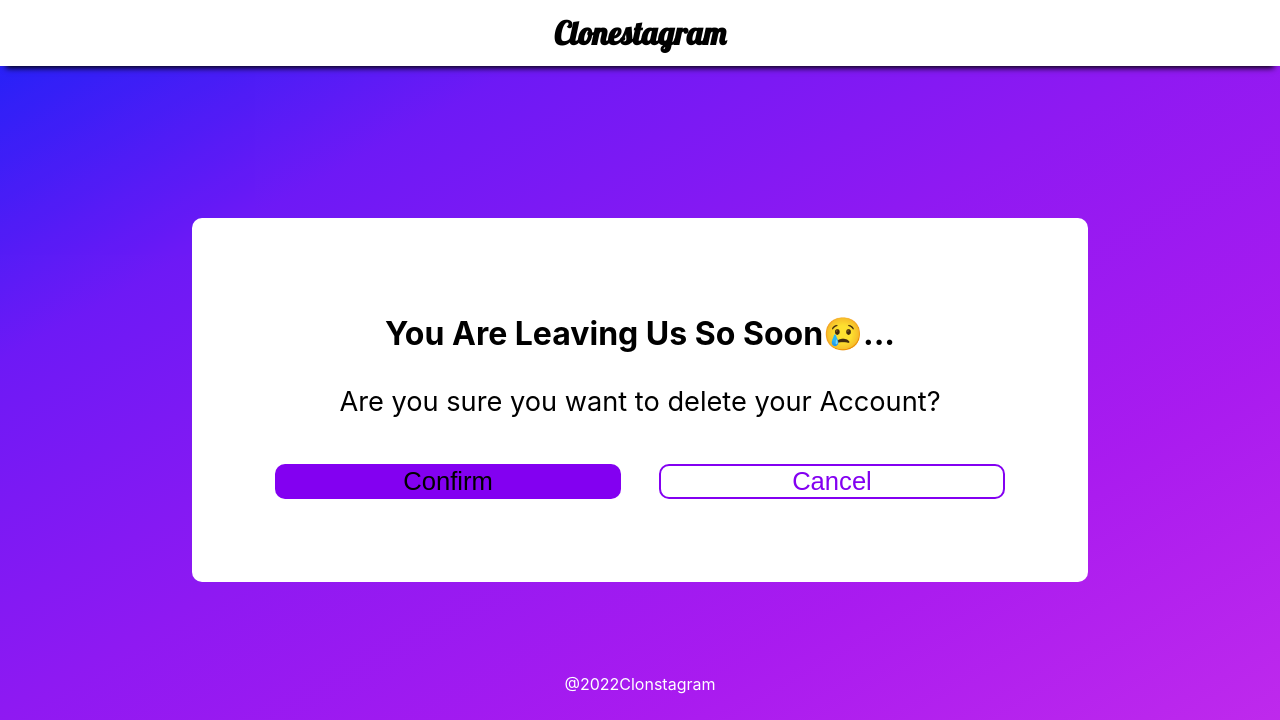
Repository: MikeMoore55/clonestagram
Page: /delaccount
An editor plug-in stored every save of this project. The page is shown before and after the next save, followed by the edit.
The browser window is 1280 px wide. The pictures show the whole page.
The page's requests for data from a server got no answer. The project was rebuilt for these pictures with package versions that can differ from the ones it lists, and the page was loaded fresh each time. The framework's server and built-in components were replaced by stand-ins that run in the browser. No one was signed in, and anything a server would have sent is missing. Also part of the build but not shown: next.config.js.

Above is the page before, as saved 2022-11-24 09:17:40.

### pages/_app.jsx
import Layout from '../components/Layout/Layout';
import '../styles/globals.css';

export default function MyApp({ Component, pageProps }) {
  return (
    <Layout>
      <Component {...pageProps} />
    </Layout>
  );
};

### pages/delaccount.jsx
import React from 'react';
import Link from 'next/link';
import Router,{useRouter} from 'next/router';
import { SupaBaseDB } from '../utils/dbconnect';
import { parseCookies } from '../helpers/cookie';
import styles from '../styles/DelAccount.module.css';
import Footer from '../components/Layout/Footer'

export default function DelAccount( { data } ) {
    const router = useRouter();
    const id = [data];
    function extractId(arr, prop) {
        const extractedValue = arr.map(item => item[prop]);
        return extractedValue;
    }

    const cookieId = extractId(id, 'user');
    const userId = cookieId.toString();

    console.log(userId);

    const delAccount = async () => {

        // delete the account of user
        const account = await SupaBaseDB
            .from("account")
            .delete()
            .eq("account_id", userId);

        // delete all the posts of user too
        const posts = await SupaBaseDB
            .from("posts")
            .delete()
            .eq("user_id", userId);

        if (account.error) {
            console.log(account.error['message']);
        }
        else if (posts.error) {
            console.log(posts.error["message"]);
        }
        else {
            console.log('account deleted successfully');
            router
                .push({
                    pathname: '/', // when successful take to the feed page
                });
        }
    }

    return (
        <div className={styles.container}>
            <div className={styles.block}>
                <h3 className={styles.heading1}>You Are Leaving Us So Soon😢...</h3>
                <p className={styles.text}>Are you sure you want to delete your Account?</p>
                <div className={styles.btnContainer}>
                    <button className={styles.confirm} onClick={() => delAccount()}>Confirm</button>
                    <button className={styles.cancel}><Link href={'/home'}>Cancel</Link></button>
                </div>
            </div>
            {/* for a cool background effect */}
            <div className={styles.backgroundFeature}>
                1
            </div>
            <Footer/>
        </div>
    );
};

export async function getServerSideProps({ req, res }) {
    const data = parseCookies(req);

    if (res) {
        if (Object.keys(data).length === 0 && data.constructor === Object) {
            res.writeHead(301, { Location: "/signin" });
            res.end();
        }
    }

    return {
        props: {
            data: data && data,
        }
    };
};

// del from supabase
// take to index page

### components/Layout/Layout.jsx
import React from 'react';
import Header from './Header';

// layout across app
export default function Layout({children}) {
  return (
    <div id='Layout'>
      <Header />
      {children}
    </div>
  );
};

### styles/globals.css
html,
body {
  padding: 0;
  margin: 0;
  font-family: -apple-system, BlinkMacSystemFont, Segoe UI, Roboto, Oxygen,
    Ubuntu, Cantarell, Fira Sans, Droid Sans, Helvetica Neue, sans-serif;
}

a {
  color: inherit;
  text-decoration: none;
}

* {
  box-sizing: border-box;
}

@media (prefers-color-scheme: dark) {
  html {
    color-scheme: dark;
  }

  body {
    color: black;
    background: rgb(234, 233, 233);
  }
}

### utils/dbconnect.js
import { createClient } from "@supabase/supabase-js";

const supabaseUrl = process.env.NEXT_PUBLIC_SUPABASE_URL;
const supabaseApi = process.env.NEXT_PUBLIC_SUPABASE_API_KEY;

export const SupaBaseDB = createClient(supabaseUrl, supabaseApi);

### helpers/cookie.js
import cookie from "cookie";

export function parseCookies(req) {
    return cookie.parse(req ? req.headers.cookie || "" : document.cookie)
}

### styles/DelAccount.module.css
.container {
    position: relative;
    width: 100%;
    padding-top: 25%;
}

.block {
    position: relative;
    width: 80%;
    margin: 20% 10% 5% 10%;
    text-align: center;
    background-color: white;
    border-radius: 10px;
    padding: 5% 5% 5% 5%;
}

.heading1 {
    position: relative;
    font-size: 1.5em;
}

.text {
    position: relative;
    font-size: 1.3em;
}

.btnContainer {
    position: relative;
    display: grid;
    grid-template-columns: 50% 50%;
}

.cancel {
    position: relative;
    width: 90%;
    margin: 5%;
    border: #8300f1 solid 2px;
    color: #8300f1;
    font-size: 1.1em;
    font-weight: 400;
    border-radius: 10px;
    background-color: white;
}

.confirm {
    position: relative;
    width: 90%;
    margin: 5%;
    background-color: #8300f1;
    border: none;
    border-radius: 10px;
    font-size: 1.1em;
    font-weight: 400;
}

.backgroundFeature {
    position: fixed;
    color: transparent;
    background-image: linear-gradient(to right bottom, #000bf8, #5e00f5, #8300f1, #a002ee, #b812eb);
    width: 100%;
    height: 100%;
    bottom: 0%;
    right: 0%;
    top: 0%;
    left: 0%;
    z-index: -1;
    opacity: 0.9;
}

@media (min-width: 490px) {
    .container {
        padding-top: 27%;
    }

    .block {
        width: 70%;
        margin: 20% 15% 5% 15%;
        padding: 5% 5% 5% 5%;
    }

    .heading1 {
        font-size: 2em;
    }

    .text {
        font-size: 1.7em;
    }

    .btnContainer {
        display: grid;
        grid-template-columns: 50% 50%;
    }

    .cancel {
        width: 90%;
        margin: 5%;
        font-size: 1.6em;
    }

    .confirm {
        width: 90%;
        margin: 5%;
        font-size: 1.6em;
    }

    .backgroundFeature {
        position: fixed;
        color: transparent;
        background-image: linear-gradient(to right bottom, #000bf8, #5e00f5, #8300f1, #a002ee, #b812eb);
        width: 100%;
        height: 100%;
        bottom: 0%;
        right: 0%;
        top: 0%;
        left: 0%;
        z-index: -1;
        opacity: 0.9;
    }
}

@media (min-width: 1000px) {
    .container {
        padding-top: 7%;
    }

    .block {
        width: 70%;
        margin: 10% 15% 5% 15%;
        padding: 5% 5% 5% 5%;
    }

    .heading1 {
        font-size: 2em;
    }

    .text {
        font-size: 1.7em;
    }

    .btnContainer {
        display: grid;
        grid-template-columns: 50% 50%;
    }

    .cancel {
        width: 90%;
        margin: 5%;
        font-size: 1.6em;
    }

    .confirm {
        width: 90%;
        margin: 5%;
        font-size: 1.6em;
    }

    .backgroundFeature {
        position: fixed;
        color: transparent;
        background-image: linear-gradient(to right bottom, #000bf8, #5e00f5, #8300f1, #a002ee, #b812eb);
        width: 100%;
        height: 100%;
        bottom: 0%;
        right: 0%;
        top: 0%;
        left: 0%;
        z-index: -1;
        opacity: 0.9;
    }
}

### components/Layout/Footer.jsx
import React from 'react';
import styles from '../../styles/Footer.module.css';

export default function Footer() {
    return (
        <footer className={styles.footer}>
            @2022Clonstagram
        </footer>
    );
};

### components/Layout/Header.jsx
import React from 'react';
import styles from '../../styles/Header.module.css';

export default function Header() {
    return (
        <header className={styles.header}>
            <h1>Clonestagram</h1>
        </header>
    );
};

### styles/Footer.module.css
.footer {
    position: fixed;
    bottom: 0%;
    left: 0%;
    right: 0%;
    width: 100%;
    text-align: center;
    color: white;
    padding: 2%;
}

@media (min-width: 490px) {
    .footer {
        font-size: 1.7em;
    }
}

@media (min-width: 1000px) {
    .footer {
        font-size: 1em;
    }
}

### styles/Header.module.css
@font-face {
    font-family: 'Lobster';
    src: url(../assets/Lobster/Lobster-Regular.ttf);
}

.header {
    position: fixed;
    top: 0%;
    left: 0%;
    right: 0%;
    width: 100%;
    text-align: center;
    background-color: white;
    box-shadow: 0 8px 6px -6px black;
    z-index: 5;
    margin: 0%;
    padding: 3.5%;
}

.header h1 {
    margin: 0%;
    padding: 0%;
    font-family: 'Lobster', cursive;
    color: black;
    font-weight: 800;
}


@media (min-width: 490px) {
    .header {
        padding: 3%;
    }

    .header h1 {
        font-size: 2.7em;
    }
}

@media (min-width: 1000px) {
    .header {
        padding: 1%;
    }

    .header h1 {
        font-size: 2em;
    }
}

After the next save:
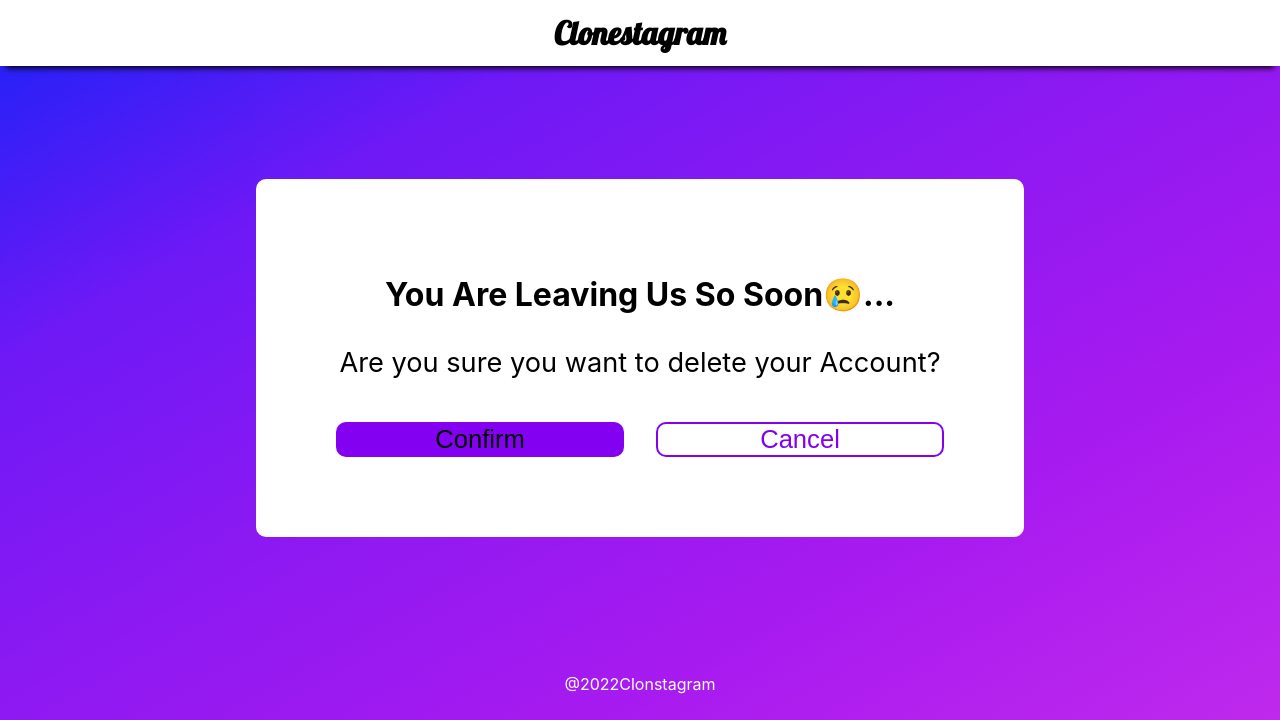
Saved 15 s later.
--- a/styles/DelAccount.module.css
+++ b/styles/DelAccount.module.css
@@ -124,8 +124,8 @@
     }
 
     .block {
-        width: 70%;
-        margin: 10% 15% 5% 15%;
+        width: 60%;
+        margin: 7% 20% 5% 20%;
         padding: 5% 5% 5% 5%;
     }
 
